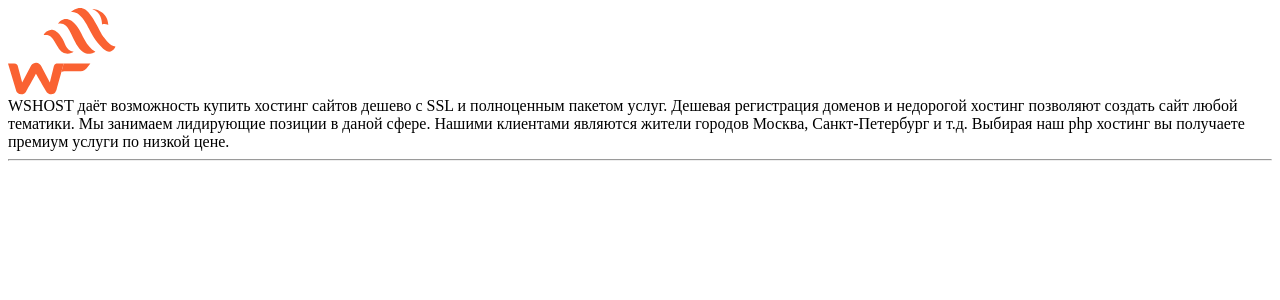
Repository: Inzhir2022/hosting
Page: src/_includes/_footer.html
The author's editor kept a copy of each file at every save. The page is drawn from the files as they stood at one save, then again after the next save.
The browser window is 1280 px wide. The pictures show the whole page.

Above is the page before, as saved 2022-07-18 05:56:02.

### src/_includes/_footer.html
<footer class="footer">
  <div class="container">
    <div class="footer__logo logo">
      <a href="#" class="logo__link">
        <img src="../img/logo.svg" alt="hosting logo">
      </a>
    </div>
    <div class="footer__text">
      WSHOST даёт возможность купить хостинг сайтов дешево с SSL и полноценным пакетом услуг. Дешевая регистрация доменов и недорогой хостинг позволяют создать сайт любой тематики. Мы занимаем лидирующие позиции в даной сфере. Нашими клиентами являются жители городов Москва, Санкт-Петербург и т.д. Выбирая наш php хостинг вы получаете премиум услуги по низкой цене.
    </div>
    <div class="footer__contacts">

    </div>
    <div class="footer__social"></div>
    <nav class="footer__menu-about"></nav>
    <nav class="footer__menu-services"></nav>
    <hr class="footer__hr">
    <div class="footer__copyrights"></div>
    <div class="footer__policy"></div>
  </div>
</footer>

After the next save:
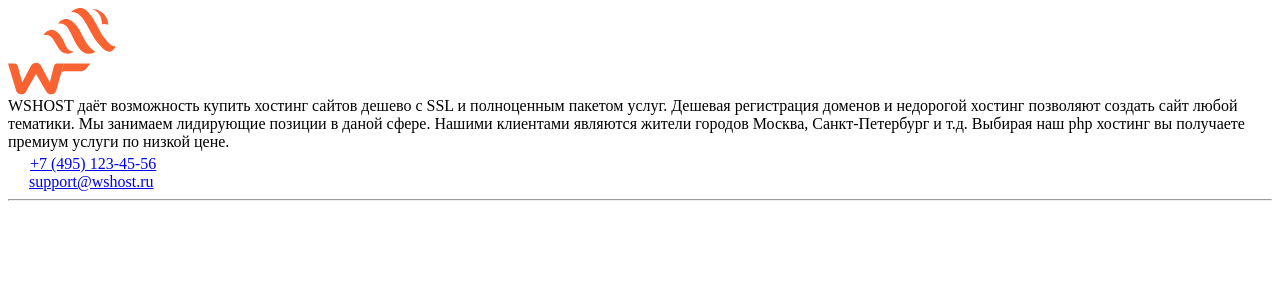
Saved 89 s later.
--- a/src/_includes/_footer.html
+++ b/src/_includes/_footer.html
@@ -9,7 +9,15 @@
       WSHOST даёт возможность купить хостинг сайтов дешево с SSL и полноценным пакетом услуг. Дешевая регистрация доменов и недорогой хостинг позволяют создать сайт любой тематики. Мы занимаем лидирующие позиции в даной сфере. Нашими клиентами являются жители городов Москва, Санкт-Петербург и т.д. Выбирая наш php хостинг вы получаете премиум услуги по низкой цене.
     </div>
     <div class="footer__contacts">
-
+      <div class="footer__phone phone">
+        <span class="footer__icon"><img src="../img/phone.svg" alt="phone icon">
+        </span>
+        <a href="tel:84951234556" class="footer__link">+7 (495) 123-45-56</a>
+      </div>
+      <div class="footer__mail email">
+        <span class="footer__icon"><img src="../img/mail.svg" alt="mail icon"></span></a>
+        <a href="mailto:support@wshost.ru" class="footer__link">support@wshost.ru</a>
+      </div>
     </div>
     <div class="footer__social"></div>
     <nav class="footer__menu-about"></nav>
